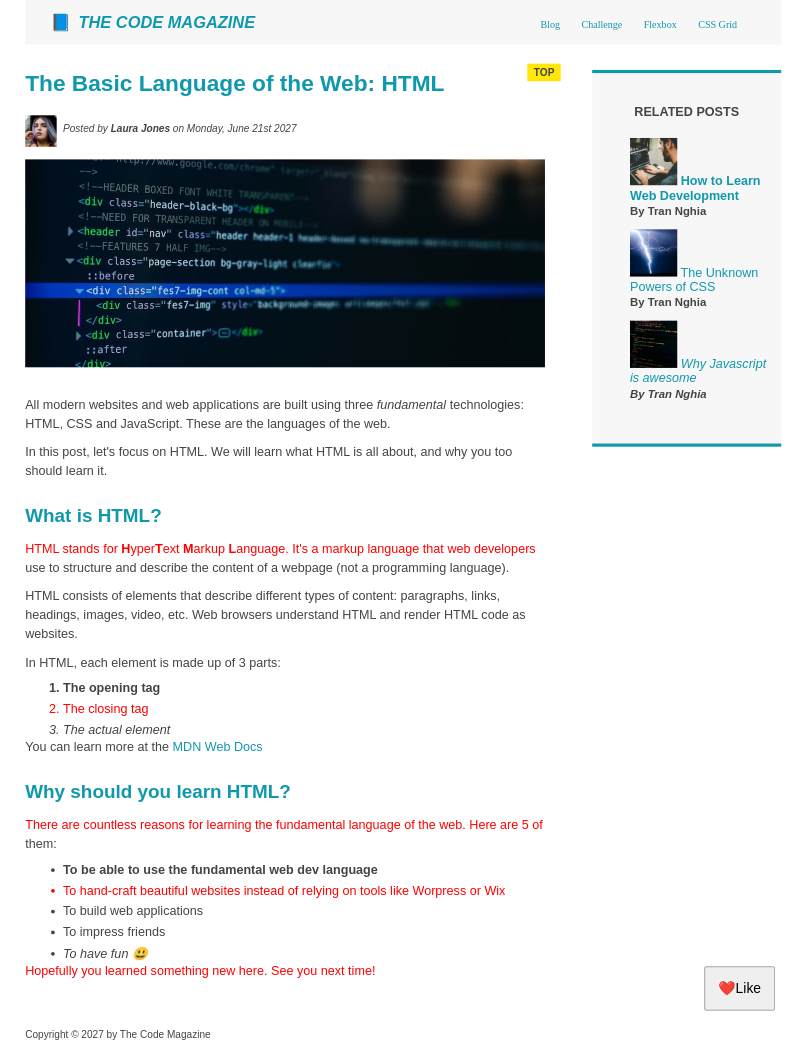
Repository: nghiakma/HTML-CSS-Fundamental
Page: HTML/index.html
These files come from the project's save history. The page is drawn as it stood at one moment and after the next save; the edit follows.
The browser window is 1280 px wide. The pictures show the whole page, at 63% of full size.

Above is the page before, as saved 2023-08-23 18:09:28.

After the next save:
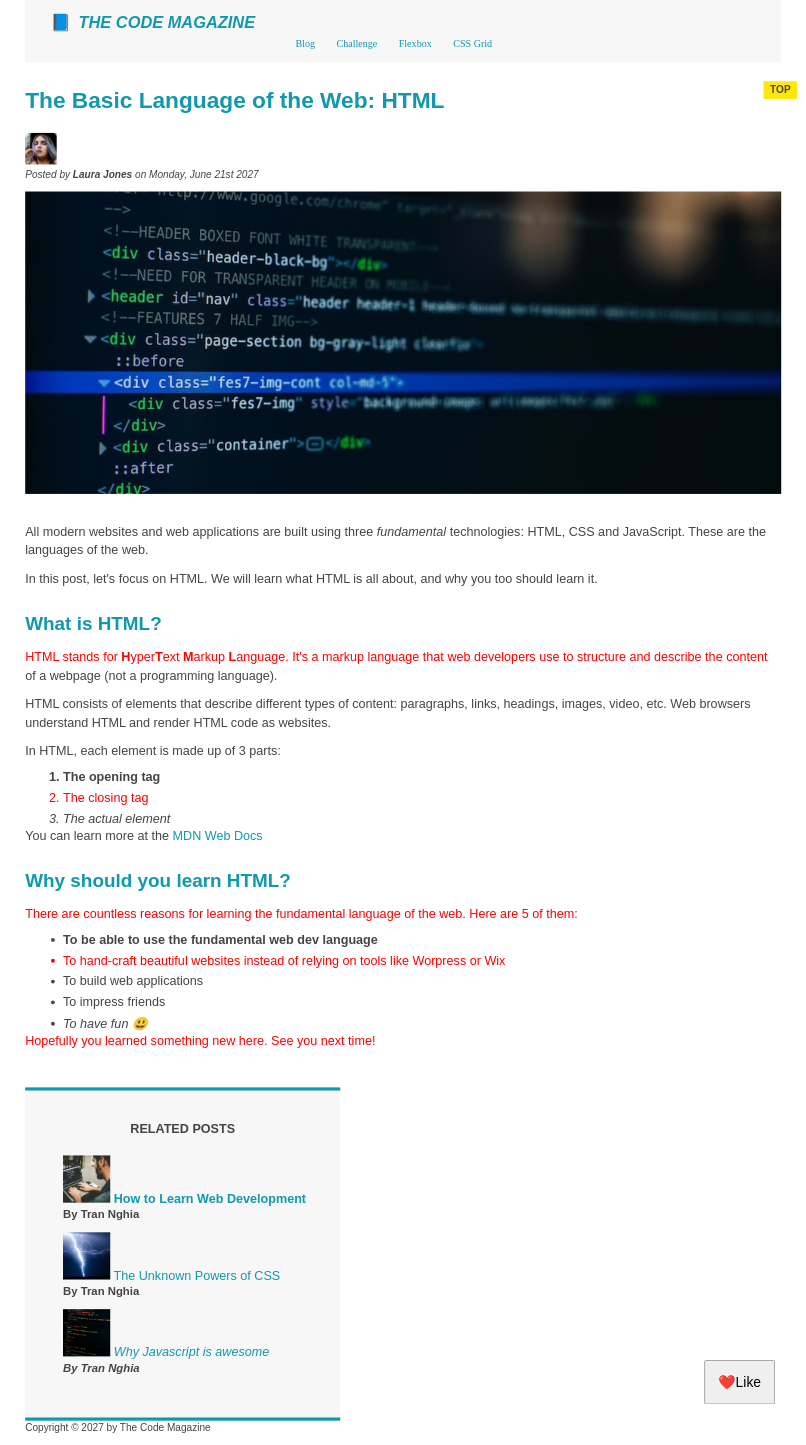
Saved 35 s later.
--- a/HTML/index.html
+++ b/HTML/index.html
@@ -6,7 +6,7 @@
   <meta name="viewport" content="width=device-width, initial-scale=1.0">
   <title>The Basic Language of the web: HTML</title>
   <link rel="stylesheet" href="/CSS/index.css">
-  <link rel="stylesheet" href="/CSS/float.css">
+  <!-- <link rel="stylesheet" href="/CSS/float.css"> -->
 </head>
 
 <body>

After the save that followed:
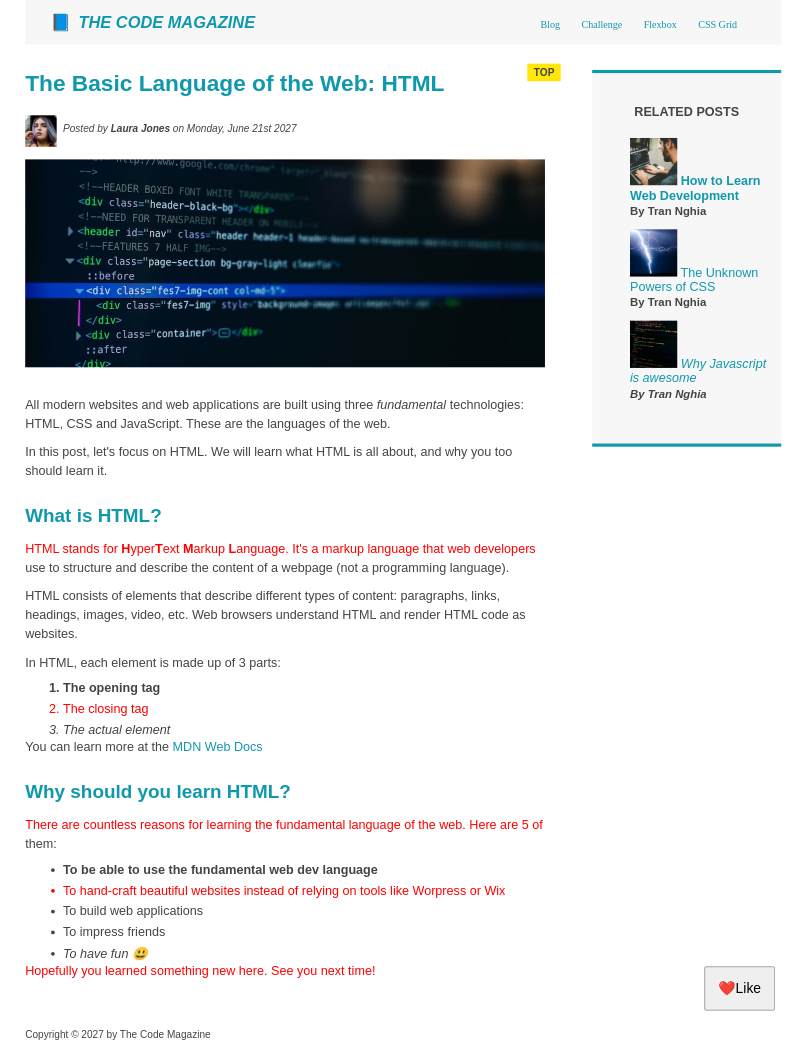
Saved 13 s later.
--- a/HTML/index.html
+++ b/HTML/index.html
@@ -6,7 +6,7 @@
   <meta name="viewport" content="width=device-width, initial-scale=1.0">
   <title>The Basic Language of the web: HTML</title>
   <link rel="stylesheet" href="/CSS/index.css">
-  <!-- <link rel="stylesheet" href="/CSS/float.css"> -->
+  <link rel="stylesheet" href="/CSS/float.css">
 </head>
 
 <body>
